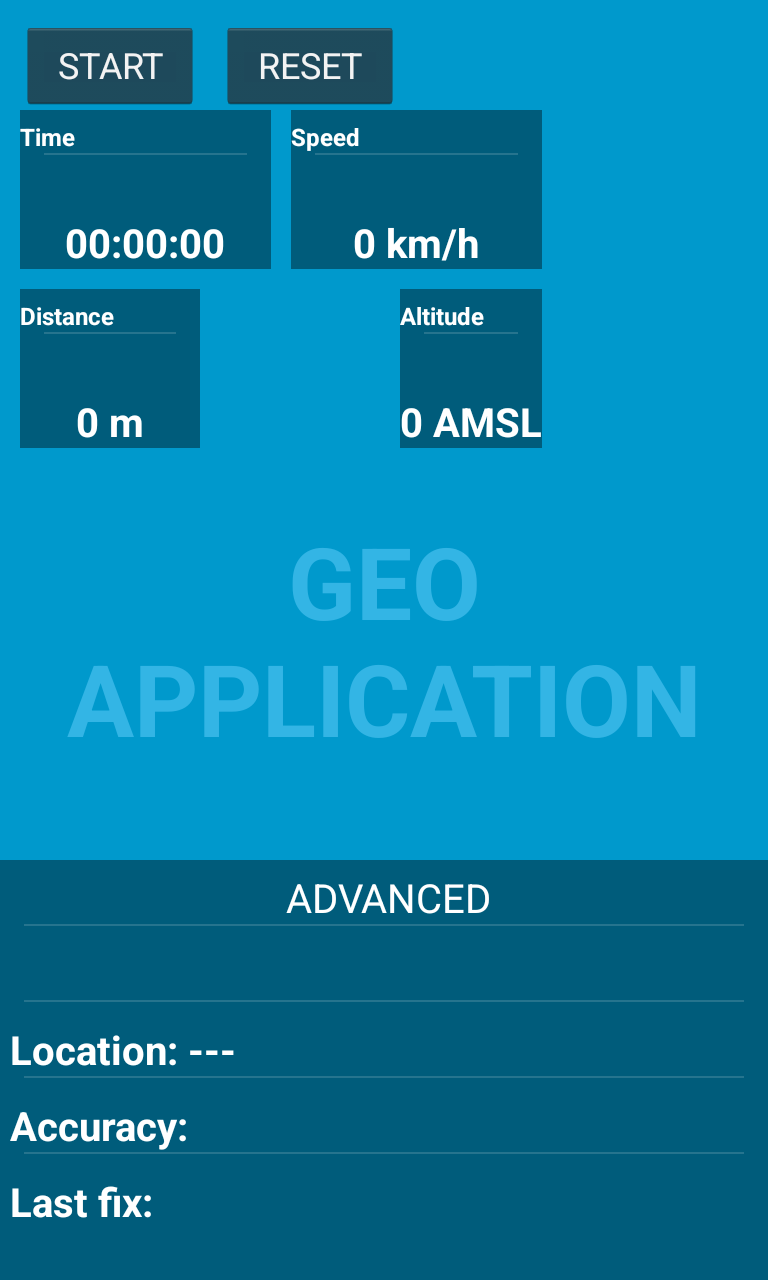
Repository: sebastianR1001/GeoApplication
Layout: GeoApplication/res/layout/activity_fullscreen.xml
These files come from the project's save history. The layout is drawn as it stood at one moment and after the next save; the edit follows.
It is drawn on a 768 x 1280 px phone screen (xhdpi) without system bars, with theme FullscreenTheme; the app's code is not run.

Above is the layout before, as saved 2014-10-24 18:10:22.

After the next save:
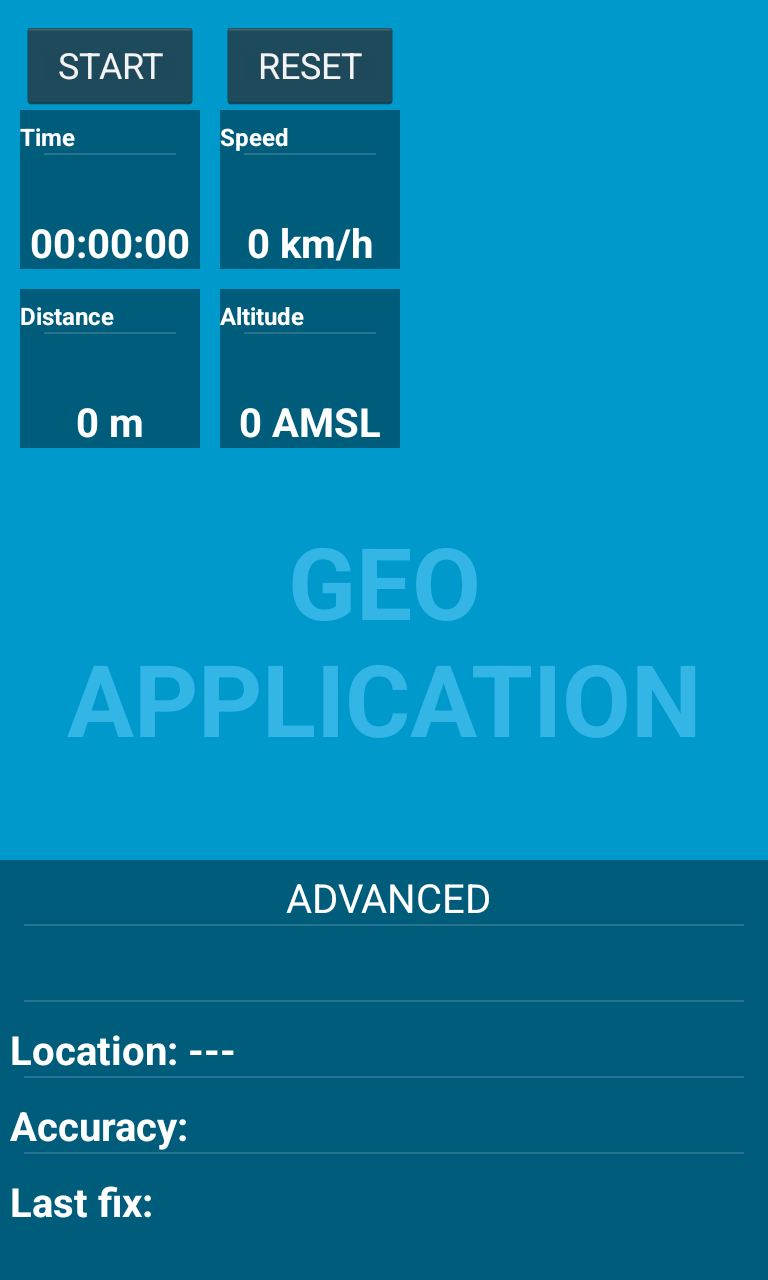
Saved 61 s later.
--- a/GeoApplication/res/layout/activity_fullscreen.xml
+++ b/GeoApplication/res/layout/activity_fullscreen.xml
@@ -136,7 +136,7 @@
 		        style="?metaButtonBarStyle"
 		        android:layout_width="wrap_content"
 		        android:layout_height="wrap_content"
-		        android:layout_weight="3"
+		        android:layout_weight="7"
 		        android:background="@color/black_overlay"
 		        android:orientation="vertical"
 		        tools:ignore="UselessParent" >
@@ -164,21 +164,13 @@
 
 	        </LinearLayout>
 
-            <LinearLayout
-		        android:id="@+id/emptyLayout2"
-		        style="?metaButtonBarStyle"
-		        android:layout_width="10dp"
-		        android:layout_height="wrap_content"
-		        android:orientation="vertical"
-		        tools:ignore="UselessParent" />
-
-
 			<LinearLayout
 		        android:id="@+id/elevationLayout"
 		        style="?metaButtonBarStyle"
 		        android:layout_width="wrap_content"
 		        android:layout_height="wrap_content"
-		        android:layout_weight="3"
+		        android:layout_weight="7"
+		        android:layout_marginLeft="10dp"
 		        android:background="@color/black_overlay"
 		        android:orientation="vertical"
 		        tools:ignore="UselessParent" >
